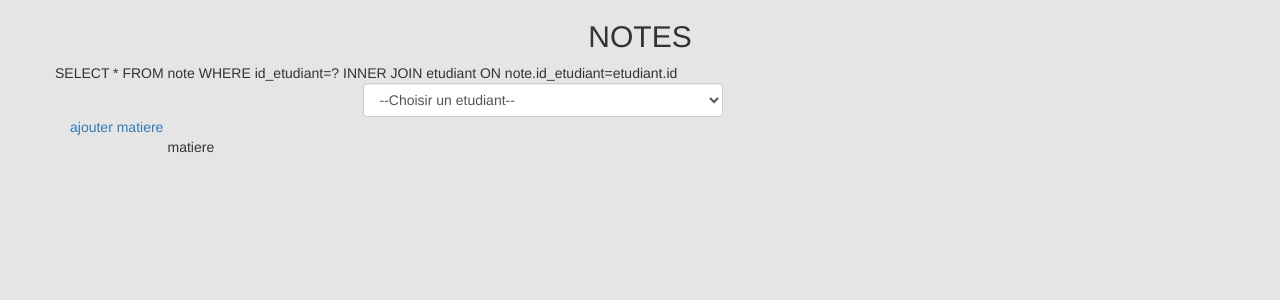
Repository: mitantsoa1/CRUD-note
Page: http://localhost/note
An editor plug-in stored every save of this project. The page is shown before and after the next save, followed by the edit.
The browser window is 1280 px wide. The pictures show the whole page.
The page is run by PHP 8.4 with error messages shown; the project is at /var/www/html/. The database holds what the project's SQL file puts in it.

Above is the page before, as saved 2021-02-12 08:19:55.
Console error: SyntaxError: Unexpected token '<'

After the next save:
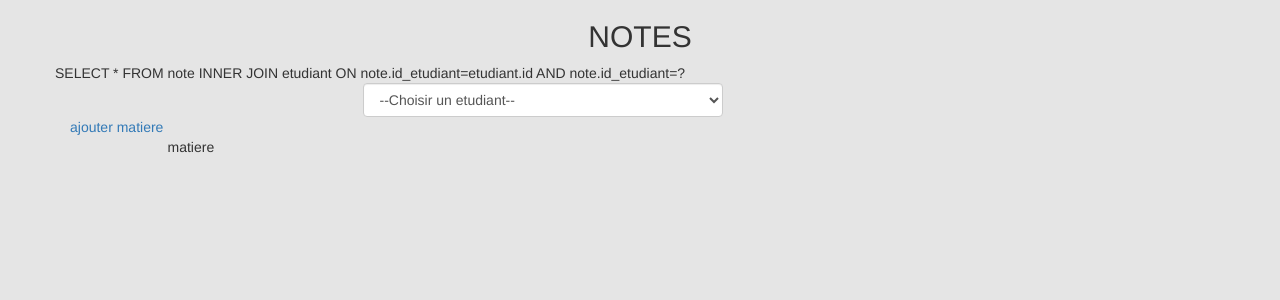
Saved 99 s later.
--- a/Models/Database.class.php
+++ b/Models/Database.class.php
@@ -182,7 +182,7 @@ class Database{
 	//ALTER TABLE `note` ADD `francais` IF NOT EXISTS DOUBLE NOT NULL DEFAULT '0.0'
 $db = new Database();
  $tab = $db->select("note")
-                    ->where("id_etudiant","=")
                     ->innerD("etudiant","id_etudiant","id")
+					->et("note.id_etudiant","=")
 					->getQuery();
 ?>
